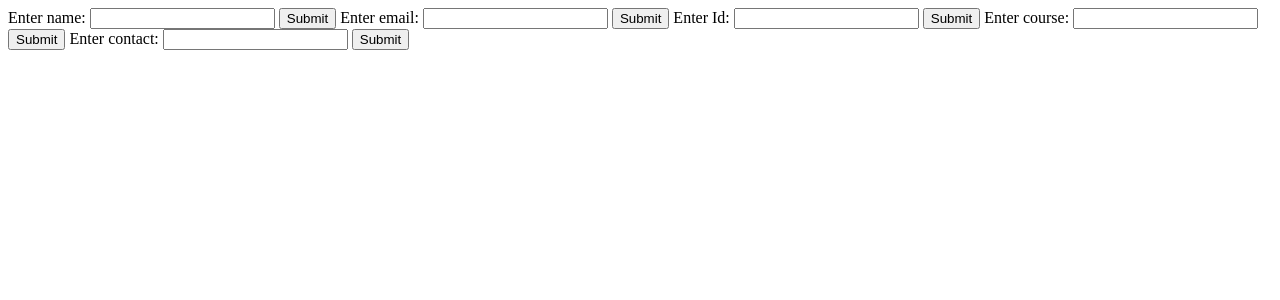
Repository: SanketSShedge/weje2
Page: servlet/src/main/webapp/studentreg.html
An editor plug-in stored every save of this project. The page is shown before and after the next save, followed by the edit.
The browser window is 1280 px wide. The pictures show the whole page.

Above is the page before, as saved 2022-12-11 07:25:14.

### servlet/src/main/webapp/studentreg.html
<!DOCTYPE html>
<html>
<head>
<meta charset="UTF-8">
<title>Insert title here</title>
</head>
<body>
<form action="./student" method="get">
	<label>Enter name:</label>
	<input type="text" name="name">
	<input type="Submit" value="Submit">

	<label>Enter email:</label>
	<input type="email" name="email">
	<input type="Submit" value="Submit">

	<label>Enter Id:</label>
	<input type="number" name="number">
	<input type="Submit" value="Submit">

	<label>Enter course:</label>
	<input type="text" name="text">
	<input type="Submit" value="Submit">

	<label>Enter contact:</label>
	<input type="tel" name="tel">
	<input type="Submit" value="Submit">
</form>
</body>
</html>

After the next save:
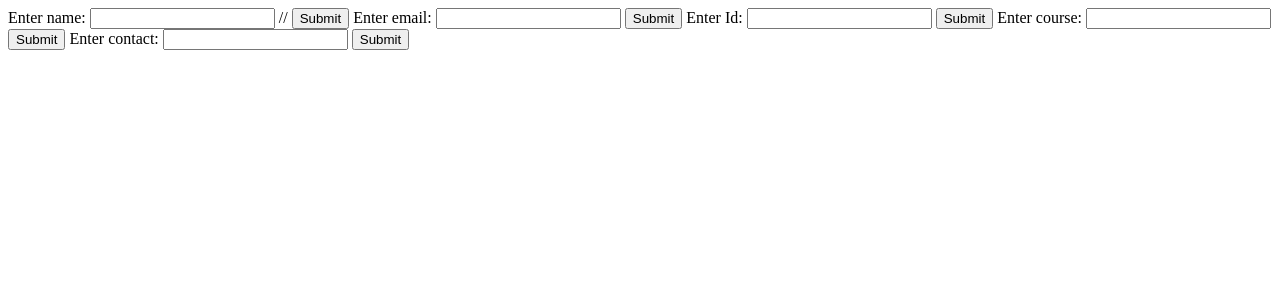
Saved 12 s later.
--- a/servlet/src/main/webapp/studentreg.html
+++ b/servlet/src/main/webapp/studentreg.html
@@ -8,7 +8,7 @@
 <form action="./student" method="get">
 	<label>Enter name:</label>
 	<input type="text" name="name">
-	<input type="Submit" value="Submit">
+//	<input type="Submit" value="Submit">
 
 	<label>Enter email:</label>
 	<input type="email" name="email">
